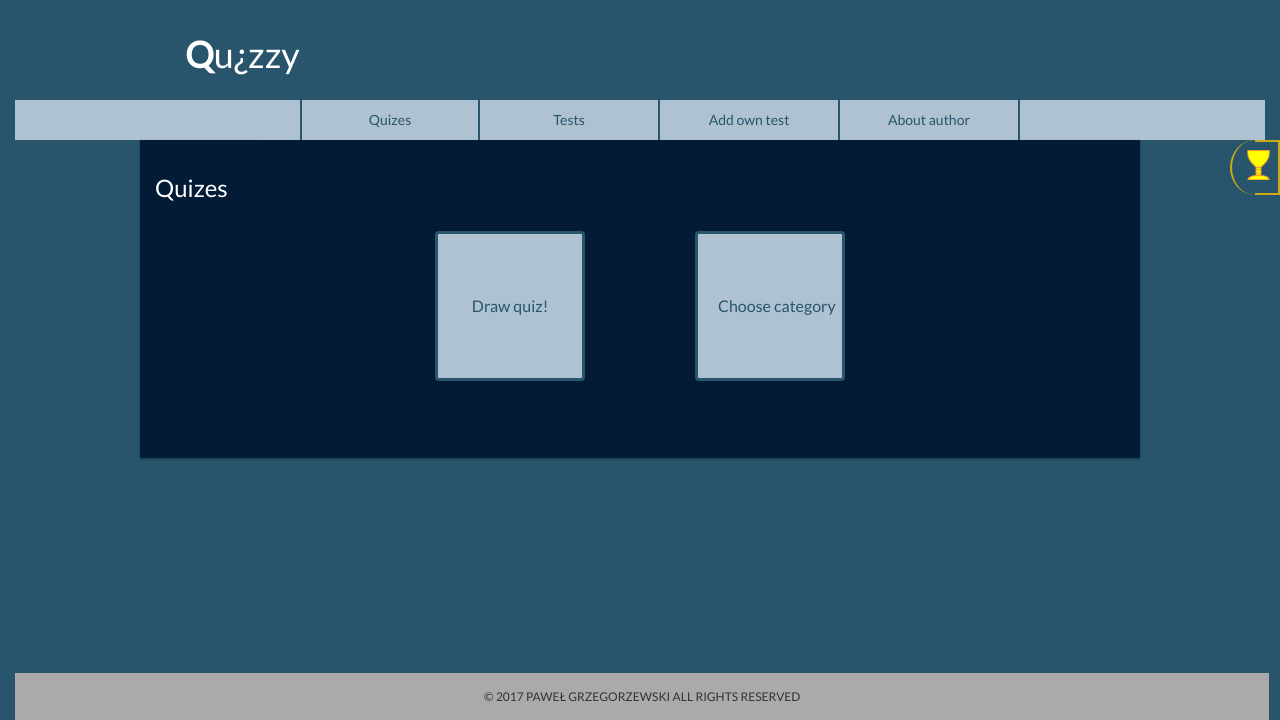
Repository: pgrzegorzewski/quiz
Page: http://localhost/app/quiz.php
An editor plug-in stored every save of this project. The page is shown before and after the next save, followed by the edit.
The browser window is 1280 px wide. The pictures show the whole page.
Some web libraries are served in a nearby version. The page is run by PHP 8.4 with error messages shown; the project is at /var/www/html/.

Above is the page before, as saved 2017-04-22 13:57:37.

### htdocs/app/learningapp/app/quiz.php
<!DOCTYPE html>
<html>
<head>
	<meta name="viewport" content="width=device-width, initial-scale=1.0">
	<meta http-equiv="content-type" content="text/html; charset=utf-8">
	<meta charset="utf-8">
	<link rel="stylesheet" href="https://maxcdn.bootstrapcdn.com/bootstrap/3.3.7/css/bootstrap.min.css">
	<script src="https://ajax.googleapis.com/ajax/libs/jquery/3.1.1/jquery.min.js"></script>
	<script src="https://maxcdn.bootstrapcdn.com/bootstrap/3.3.7/js/bootstrap.min.js"></script>
	<link href="https://fonts.googleapis.com/css?family=Lato" rel="stylesheet">
	<link rel="StyleSheet" href="../css/index.css" />
	<link rel="StyleSheet" href="../css/question.css" />
	<link rel="StyleSheet" href="../css/quiz.css" />
	<link rel="StyleSheet" href="../css/side_menu_leaderboard.css" />
	<script type="text/javascript" src="../js/question.js"></script>
	<script type="text/javascript" src="../js/entertaining_test.js"></script>
	<script type="text/javascript" src="../js/side_menu_leaderboard.js"></script>
</head>

<body>

<div class="container-fluid">

	<div class= "sidemenu_2">

	</div>
	<div class= "sidemenu">
		<p style="cursor:pointer"><img src = "../resources/img/trophy.png" height = "50px" onmouseover="openLeaderboard()"/></p> <!-- &#9776; -->
	</div>
	<div id = 'leaderboard' class = 'leaderboard' onmouseleave = "closeLeaderboard()" >
		<a href = "javascript:void(0)" class = "closebtn" onclick = "closeLeaderboard()">&times;</a>
		test 1000pts;
	</div>


	<header class ="header">
		<h1 id="title"><a href ="index.php"><b>Q</b>u¿zzy</a></h1>
	</header>

	<div class="nav">
		<ol>
			<li>
				<a href ='#' id = "visited">Quizes</a>
			</li>
			<li>
				<a href ='#'>Tests</a>
				<ul>
					<li><a href="#">Personality</a></li>
					<li><a href="#">Cultural</a></li>
					<li><a href="#">Science</a></li>
					<li><a href="entertaining_test.php">Entertaining</a></li>
				</ul>
			</li>
			<li>
				<a href ='add_test.php'>Add own test</a>
			</li>
			<li>
				<a href ='#'>About author</a>
			</li>
		</ol>
	</div>

	<section class = "section">
		<div id ="welcome_div">
			<h3>Quizes</h3>

		</div>
		<div class = "row">
			<div class="col-sm-12" id="tiles">
				<?php

				echo "
					<table id = \"tile\">
						<tr>
							<td>
								<button name = '1' id = 'quizButton' class = 'category btn' >Draw quiz!</button>
							</td>
							<td style = \"width:50px\">

							</td>
							<td>
								<button name = '2' id = 'quizButton' class = 'category btn'>Choose category</button>
							</td>
						</tr>
					</table>
				";
				?>
				<br/><br/>

			</div>
		</div>
		<div class ="row">
			<div class="col-sm-12">
				<h4 id="test_title" hidden = "true">Let's begin with the</h4>
			</div>
		</div>
		<div id = "test_questions">

		</div>
		<div class ='row'>
				<div class='col-sm-12' id = 'result_div'>
					<h4 id= 'result_text' hidden = 'true'></h4>
				</div>
		</div>

	</section>
	<div class="footer">
		© 2017 PAWEŁ GRZEGORZEWSKI ALL RIGHTS RESERVED
	</div>
</div>




</body>
</html>

### htdocs/app/learningapp/css/index.css

.container-fluid
{
	min-height: 100%;
	background-color:#28546C;
	width:100%;
	font-family: 'Lato', sans-serif;
}

h1 > a
{
	text-decoration:none;
	color: white;
}

h1 > a:hover
{
	text-decoration:none;
	color: white;
}

h1 > a:active
{
	text-decoration:none;
	color: white;
}

img{
	padding:10px;
}

#img2{
	padding:3px;
	padding-bottom:12px;
}

html {
    font-family: "Lucida Sans", sans-serif;
    background-color:#28546C;
}

h1, h2, h3 ,h4{
	color: white;
	text-align:ceter;
}

#title{
	margin-left:30px;
}

body
{
	height:100%;
	padding-bottom:60px;
	background-color:#28546C;
	margin:0px !important;

}
.page {
  margin-left:auto;
  margin-right:auto;
  width:100%;
}

.title {
	text-align:center;
}

.buttons_next_prev{
	text-align:center;
}


.header {
	width:80%;
	margin:0 auto;
    background-color: #28546C;
    color: #ffffff;
    padding: 15px;
	text-decoration: none;

}

.menu_header {
	width:80%;
    background-color: #CCCCCC;
    padding: 10px;
    color: white;
    text-align: center;
    font-size: 14px;
    box-shadow: 0 1px 3px rgba(0,0,0,0.12), 0 1px 2px rgba(0,0,0,0.24);
	width:auto;
}


.section{

	width: 80%;
	margin:0 auto;
	background-color: #031B35;
    padding: 15px;
    color: white;
    text-align: justify;
    font-size: 14px;
    box-shadow: 0 1px 3px rgba(0,0,0,0.12), 0 1px 2px rgba(0,0,0,0.24);
}

td
{
	padding-right:12px;
}


.canvas{

	 width: 500px;
	 height: 300px;
	 color: #FFFFFF;
}

.nav {
	width:100%;
	background-color:#AFC2D1;
	text-align: center;
	vertical-align:center;
}

.footer
{
	width:100%;
	background-color:#AFC2D1;
	text-align: center;
	vertical-align:center;
}

.nav ol
{
	margin:0 auto;
	background-color:#AFC2D1;
	list-style:none;
	line-height: 200%;
	display:inline-block;
	vertical-align:middle;
	height:40px;
}


ol a
{
	color: #28546C;
	text-decoration:none;
	display:block;
	height:40px;
	padding:6px;
	vertical-align: middle;
	text-align: center;
	z-index:200;
}

ol > li
{
	list-style:none;
	width: 180px;
	color: #28546C;
	background-color:#AFC2D1;
	border-right:2px solid #28546C;
	float:left;
	display: table-cell;

}

ol > li:hover
{
	background-color:#031B35;

}

ol > li a:hover
{
	color:white;
	border: 1px solid white;
}

ol > li:hover > ul
{
	display:block;
}

ol > li:hover > a
{
	color:white;
	border: 1px solid white;
}


ol > li:first-child
{
	border-left:2px solid #28546C;
}

ol > li > ul
{
	display: none;
	position: relative;
	z-index: auto;
	list-style-type: none;
	padding:0;
	margin:0 auto;
}

ol > li > ul > li
{
	border-top: 2px solid #28546C;
	background-color: #AFC2D1;

}

ol > li > ul > li > a
{
	width: 180px;
}

ol > li > ul > li:hover
{
	background-color:#031B35;
}

ol > li > ul > li > a:hover
{
	color:white;
	border: 1px solid white;
}

.section a:link, a:visited {

    background-color: #CCCCCC;
	padding: 3px;
	width: 50px;
    text-decoration: none;
}


.section a:hover, a:active {
    background-color: #999999;
	color: white;
}

.footer {
    background-color: #AAAAAA;
    font-size: 12px;
    padding: 15px;
    bottom: 0;
    position : fixed;
    width:98%

}

.submenu{
	display:none;
}



@media only screen and (min-width: 768px) and (max-width: 922px) {
    .col-m-1 {width: 8.33%;}
    .col-m-2 {width: 16.66%;}
    .col-m-3 {width: 25%;}
    .col-m-4 {width: 33.33%;}
    .col-m-5 {width: 41.66%;}
    .col-m-6 {width: 50%;}
    .col-m-7 {width: 58.33%;}
    .col-m-8 {width: 66.66%;}
    .col-m-9 {width: 75%;}
    .col-m-10 {width: 83.33%;}
    .col-m-11 {width: 91.66%;}
    .col-m-12 {width: 100%;}
}

@media only screen and (min-width: 922px) and (max-width: 1200px) {
    .col-1 {width: 8.33%;}
    .col-2 {width: 16.66%;}
    .col-3 {width: 25%;}
    .col-4 {width: 33.33%;}
    .col-5 {width: 41.66%;}
    .col-6 {width: 50%;}
    .col-7 {width: 58.33%;}
    .col-8 {width: 66.66%;}
    .col-9 {width: 75%;}
    .col-10 {width: 83.33%;}
    .col-11 {width: 91.66%;}
    .col-12 {width: 100%;}
}

@media only screen and (min-width: 1200px){
    .col-1 {width: 8.33%;}
    .col-2 {width: 16.66%;}
    .col-3 {width: 25%;}
    .col-4 {width: 33.33%;}
    .col-5 {width: 41.66%;}
    .col-6 {width: 50%;}
    .col-7 {width: 58.33%;}
    .col-8 {width: 66.66%;}
    .col-9 {width: 75%;}
    .col-10 {width: 83.33%;}
    .col-11 {width: 91.66%;}
    .col-12 {width: 100%;}
}

### htdocs/app/learningapp/css/question.css
#question
{
	text-align: center;

}


#question button{
	min-width: 50px;
	text-align: center;
}

#question th{
	min-width: 50px;
	text-align: center;
}

td, th > #question{
	min-width: 90px;
	padding:10px;
	text-align: center;
}

### htdocs/app/learningapp/css/quiz.css
#quizButton
{
	padding:20px;
}


#tiles
{
	padding:10px;
	z-index:50;
	position:relative;
}

#tile
{
	text-align:center;
	margin-left:auto;
	margin-right:auto;

}

button .clicked
{
	background-color:#6ac65b;
}

#tile  tr  td
{
	width: 150px;
	height: 150px;
}

#tile  tr  td > button
{
	background-color:#AFC2D1;
	color:#28546C;
	width: 150px;
	height: 150px;
	border: 3px solid #28546C;
	font-size:16px;
	z-index:50;
}

#tile  tr  td >button:hover
{
	background-color:#CAAB15;
	color:white;
	width: 150px;
	height: 150px;
	border: 3px solid #28546C;
}

### htdocs/app/learningapp/css/side_menu_leaderboard.css
.leaderboard
{
	height:40%;
	width:0;
	position: fixed;
	z-index: 250;
	top: 140px;
	right: 0;
	border:0px solid #CAAB15;
	background-color:#AFC2D1;
	overflow-x: hidden;
	transition: 0.5s;
	padding-top: 60px;
	hidden:true;
	text-align:center;
}

.leaderboard .closebtn{
	position: absolute;
	top: 0;
	right:5px;
	font-size: 25px;
	margin-right: 0px;
}

.sidemenu
{
	height:55px;
	width:50px;
	border-radius:100%;
	border-left:2px solid #CAAB15;
	position: fixed;
	z-index: 200;
	top: 140px;
	right: 0;
	font-size:20px;
	text-align:center;
}

.sidemenu_2
{
	height:55px;
	width:25px;
	position: fixed;
	z-index: 150;
	top: 140px;
	right: 0;
	border-bottom:2px solid #CAAB15;
	border-top:2px solid #CAAB15;
	border-right:2px solid #CAAB15;
}

### htdocs/app/learningapp/js/question.js

function checkAnswear(button)
{
	if($(button).attr("id") == '1')
		alert("You won");
	else
		alert("nope");
}

### htdocs/app/learningapp/js/side_menu_leaderboard.js
function openLeaderboard()
{
	document.getElementById("leaderboard").style.width = "250px";
	document.getElementById("leaderboard").style.border = "2px solid #CAAB15";

}

function closeLeaderboard()
{
	document.getElementById("leaderboard").style.width = "0px";
	document.getElementById("leaderboard").style.border = "0px solid #CAAB15";
}

Loaded but not shown: htdocs/app/learningapp/js/entertaining_test.js (no copy from this time; the picture is the same without it)

After the next save:
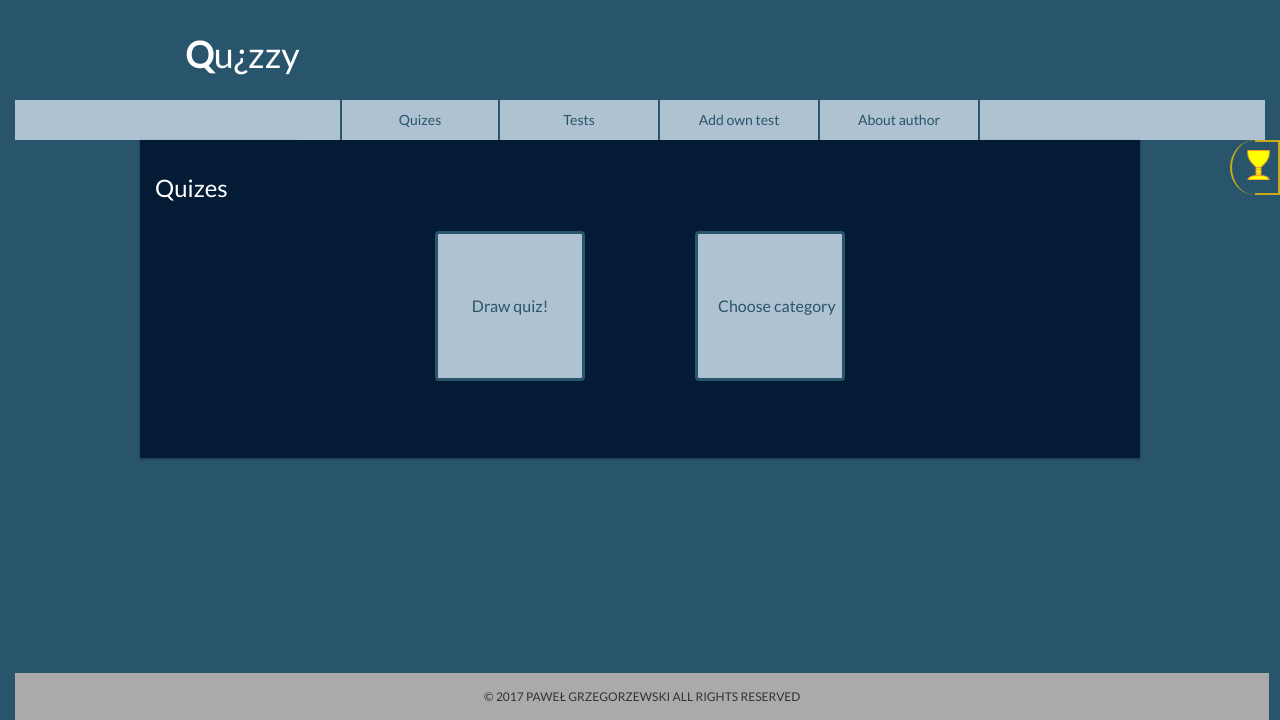
Saved 6 s later.
--- a/htdocs/app/learningapp/css/index.css
+++ b/htdocs/app/learningapp/css/index.css
@@ -160,7 +160,7 @@ ol a
 ol > li
 {
 	list-style:none;
-	width: 180px;
+	width: 160px;
 	color: #28546C;
 	background-color:#AFC2D1;
 	border-right:2px solid #28546C;
